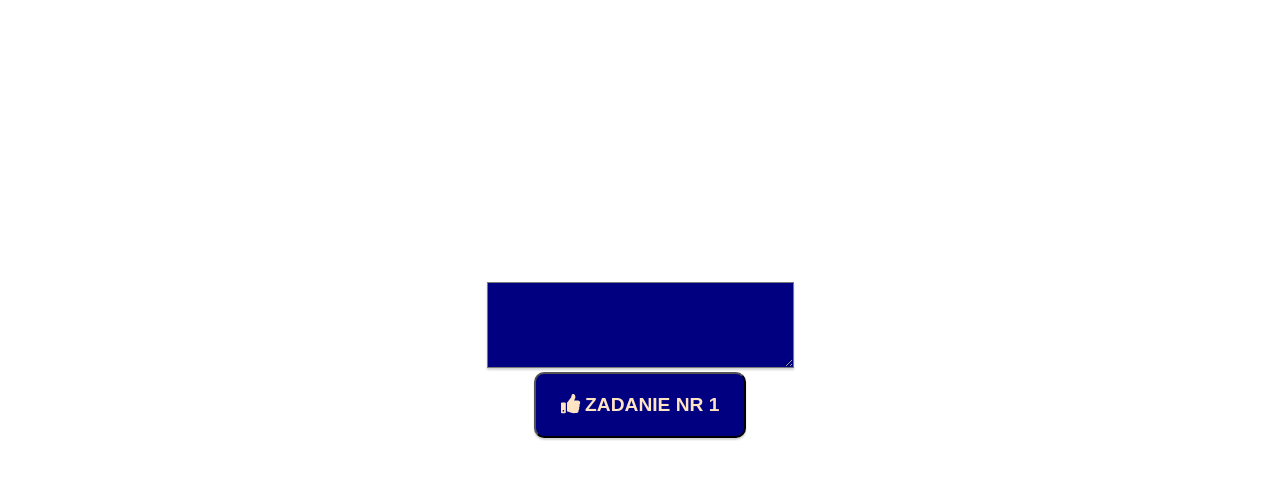
Repository: KrzysKolo/sr_tydzien3_zad_1_2_3
Page: /
The author's editor kept a copy of each file at every save. The page is drawn from the files as they stood at one save, then again after the next save.
The browser window is 1280 px wide. The pictures show the whole page.
The project was rebuilt for these pictures with package versions that can differ from the ones it lists, and the page was loaded fresh each time.

Above is the page before, as saved 2020-11-02 16:33:31.

After the next save:
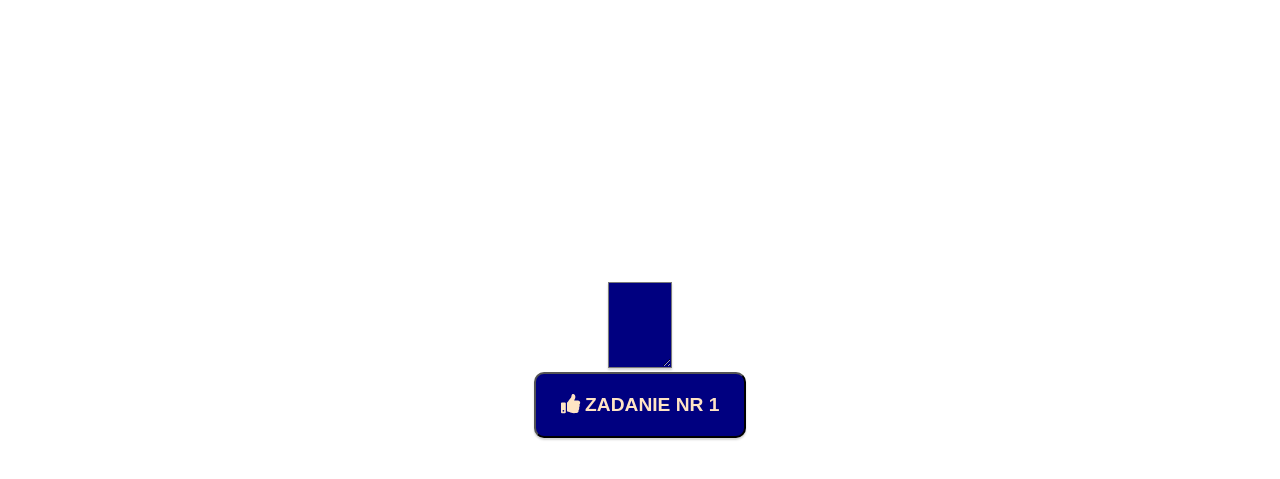
Saved 36 s later.
--- a/src/components/Form/Textarea.js
+++ b/src/components/Form/Textarea.js
@@ -17,6 +17,7 @@ const Textarea = ({value, color, bgColor, borderSize, borderRadius, borderColor}
     padding: 20px 25px;
     text-transform: uppercase;
     transition: ease background-color, color 0.6s;
+    width: 4rem;
     &:hover {
         background-color: ${[color]};
         color: ${[bgColor]};
